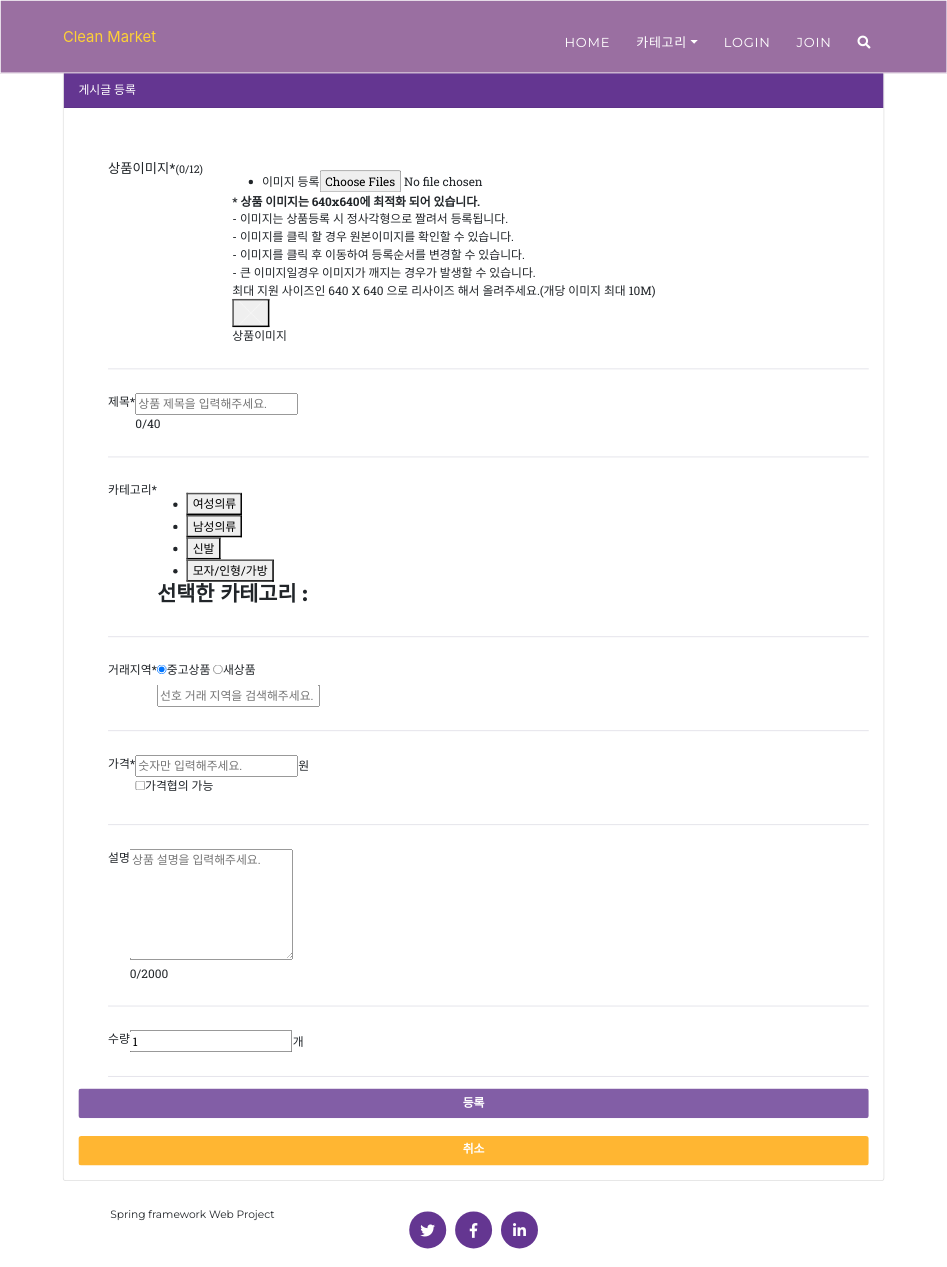
Repository: mim-mim-ji/Cleanmarket_web
Page: http://localhost/CleanMarket/WEB-INF/views/item/write.jsp
These files come from the project's save history. The page is drawn as it stood at one moment and after the next save; the edit follows.
The browser window is 1280 px wide. The pictures show the whole page, at 74% of full size.
Some web fonts or font styles are not loaded; a fallback is used. The page is served by Tomcat 9. Nobody is signed in. Other server files are loaded and not shown. The template is opened directly, without the code that normally fills it, so the values that code supplies are empty.

Above is the page before, as saved 2021-03-21 02:12:10.

### CleanMarket/src/main/webapp/WEB-INF/views/item/write.jsp
<%@ page language="java" contentType="text/html; charset=UTF-8"
	pageEncoding="UTF-8"%>
<%@ taglib prefix="c" uri="http://java.sun.com/jsp/jstl/core"%>
<%@ taglib prefix="fmt" uri="http://java.sun.com/jsp/jstl/fmt"%>
<jsp:include page="../include/header.jsp" />

<style>
header.masthead {
	display: none;
}

ul {
    display: block;
    list-style-type: disc;
    margin-block-start: 1em;
    margin-block-end: 1em;
    margin-inline-start: 0px;
    margin-inline-end: 0px;
    padding-inline-start: 40px;
}

.bphXry {
	width: 100%;
	display: flex;
	padding: 2rem 0px;
	border-bottom: 1px solid rgb(220, 219, 228);
}

.bBKMEo {
    width: 10.5rem;
    font-size: 18px;
}

</style>
<br>
<br>

<div class="container">
	<div class="row">
		<div class="col-lg-12">
			<div class="card">
				<div class="card-header text-white"
					style="background-color: #643691;">게시글 등록</div>
				<div class="card-body">

					<form role="form" method="post">
						<ul class="sc-kqEXUp jMkGB">
							<li class="sc-gxbSSY bphXry">
								<div class="sc-bXopBW bBKMEo">
									상품이미지<span>*</span><small>(0/12)</small>
								</div>
								<div class="sc-hhaNoI buTCOV">
									<ul class="sc-gKLXLV KuQhq">
										<li class="sc-bvCTgw erFeQZ">이미지 등록<input type="file"
											accept="image/jpg, image/jpeg, image/png" multiple=""></li>

									</ul>
									<div class="sc-fjdPjP iozzGC">
										<b>* 상품 이미지는 640x640에 최적화 되어 있습니다.</b><br>- 이미지는 상품등록 시
										정사각형으로 짤려서 등록됩니다.<br>- 이미지를 클릭 할 경우 원본이미지를 확인할 수 있습니다.<br>-
										이미지를 클릭 후 이동하여 등록순서를 변경할 수 있습니다.<br>- 큰 이미지일경우 이미지가 깨지는
										경우가 발생할 수 있습니다.<br>최대 지원 사이즈인 640 X 640 으로 리사이즈 해서
										올려주세요.(개당 이미지 최대 10M)
									</div>
									<div class="sc-cIShpX RfNBn">
										<div class="sc-kAKrxA YsblG">
											<button type="button" class="sc-lhLRcH fHQqnG">
												<img
													src="data:[embedded picture, 982 characters]"
													width="34" height="32" alt="닫기 버튼 아이콘">
											</button>
											<div class="sc-jMtzgO hudRNW">
												<div class="sc-ccvjgv bGmXLy">상품이미지</div>
												<div class="sc-ccbnFN fgfXKY"></div>
												<div class="sc-hSmEHG iwDjAi"></div>
											</div>
										</div>
									</div>
								</div>
							</li>
							<li class="sc-gxbSSY bphXry"><div class="sc-bXopBW gxnpCB">
									제목<span>*</span>
								</div>
								<div class="sc-hhaNoI buTCOV">
									<div class="sc-hokXgN hcrSpf">
										<div class="sc-gneEKw dBgbVT">
											<input type="text" placeholder="상품 제목을 입력해주세요."
												class="sc-fxmata iPXQwc" value="">
										</div>
										<div class="sc-boCWhm hBajsm">0/40</div>
									</div>
								</div></li>
							<li class="sc-gxbSSY bphXry"><div class="sc-bXopBW DTAYM">
									카테고리<span>*</span>
								</div>
								<div class="sc-hhaNoI buTCOV">
									<div class="sc-hXhGGG XXBMH">
										<div class="sc-hTQSVH fXYJYf">
											<ul class="sc-dWcDbm hRPYLZ">
												<li class="sc-esExBO bmEHfy"><button type="button"
														class="sc-ctwKVn dPmldx">여성의류</button></li>
												<li class="sc-esExBO bmEHfy"><button type="button"
														class="sc-ctwKVn dPmldx">남성의류</button></li>
												<li class="sc-esExBO bmEHfy"><button type="button"
														class="sc-ctwKVn dPmldx">신발</button></li>
												<li class="sc-esExBO bmEHfy"><button type="button"
														class="sc-ctwKVn dPmldx">모자/인형/가방</button></li>
											</ul>
										</div>
									</div>
									<h3 class="sc-csZoYU ljyWET">
										선택한 카테고리 : <b></b>
									</h3>
								</div></li>
							<li class="sc-gxbSSY bphXry"><div class="sc-bXopBW gxnpCB">
									거래지역<span>*</span>
								</div>
								<div class="sc-hhaNoI buTCOV">
									<div class="sc-cIsjWt etcNyM">
										<label for="중고상품" class="sc-feWbDf hVYgzF">
										<input id="중고상품" type="radio" value="0" checked="">중고상품</label>
										<label for="새상품" class="sc-feWbDf jDKzRB">
										<input id="새상품" type="radio" value="0">새상품</label>
									</div>
									<input readonly="" placeholder="선호 거래 지역을 검색해주세요."
										class="sc-OnmeF jNsyep" value="${login.memFiradd }">
								</div></li>


							<li class="sc-gxbSSY bphXry"><div class="sc-bXopBW gxnpCB">
									가격<span>*</span>
								</div>
								<div class="sc-hhaNoI buTCOV">
									<div class="sc-fxMfqs hGKuJO">
										<input type="text" placeholder="숫자만 입력해주세요."
											class="sc-rzOft lfkNaQ" value="">원
									</div>
									<div class="sc-eIvgmF fxEngV">
										<div class="sc-jklikK htQzEY">
											<label for="contactHope" class="sc-bkypNX gHNpNK"><input
												id="contactHope" type="checkbox">가격협의 가능</label>
										</div>
									</div>
								</div></li>
							<li class="sc-gxbSSY bphXry"><div class="sc-bXopBW edUXQu">설명</div>
								<div class="sc-hhaNoI buTCOV">
									<textarea placeholder="상품 설명을 입력해주세요." rows="6"
										class="sc-izfUZz eEjZnV"></textarea>
									<div class="sc-eqGige gTqRab">
										<div class="sc-kUQWMX giYAKW">0/2000</div>
									</div>
								</div></li>

							<li class="sc-gxbSSY bphXry"><div class="sc-bXopBW drMtcr">수량</div>
								<div class="sc-hhaNoI buTCOV">
									<div class="sc-bCQtTp iMJgK">
										<input type="text" class="sc-dcmekm efHtaL" value="1">개
									</div>
								</div></li>
						</ul>
						<input type="submit" value="등록" class="btn form-control"
							style="background-color: #643691; margin-top: 0; height: 40px; color: white; border: 0px solid #f78f24; opacity: 0.8">
						&nbsp;&nbsp; <a class="btn form-control"
							href="<c:url value='/board/list'/>"
							style="cursor: pointer; margin-top: 0; height: 40px; color: white; background-color: orange; border: 0px solid #388E3C; opacity: 0.8">취소</a>
					</form>
				</div>
			</div>
		</div>
	</div>
</div>
<jsp:include page="../include/footer.jsp" />

### CleanMarket/src/main/webapp/WEB-INF/views/include/header.jsp
<%@ page language="java" contentType="text/html; charset=UTF-8"
	pageEncoding="UTF-8"%>
<%@ taglib prefix="c" uri="http://java.sun.com/jsp/jstl/core"%>
<!DOCTYPE html>
<html lang="ko">
<head>

<meta charset="UTF-8">
<meta content="width=device-width, initial-scale=1.0" name="viewport">
<meta content="" name="description">
<meta content="" name="keywords">

<title>CleanMarket</title>


<!-- Bootstrap core CSS -->
  <link rel="stylesheet" href="<c:url value='/vendor/bootstrap/css/bootstrap.min.css'/>">

  <!-- Custom fonts for this template -->
  <link rel="stylesheet" type="text/css" href="<c:url value='/vendor/fontawesome-free/css/all.min.css'/>" >
  <link href="https://fonts.googleapis.com/css?family=Montserrat:400,700" rel="stylesheet" type="text/css">
  <link href='https://fonts.googleapis.com/css?family=Kaushan+Script' rel='stylesheet' type='text/css'>
  <link href='https://fonts.googleapis.com/css?family=Droid+Serif:400,700,400italic,700italic' rel='stylesheet' type='text/css'>
  <link href='https://fonts.googleapis.com/css?family=Roboto+Slab:400,100,300,700' rel='stylesheet' type='text/css'>

  <!-- Custom styles for this template -->
  <link rel="stylesheet" href="<c:url value='/css/agency.min.css'/>" >

  <!-- Bootstrap core JavaScript -->
  <script src="<c:url value='/vendor/jquery/jquery.min.js'/>"></script>
  <script src="<c:url value='/vendor/bootstrap/js/bootstrap.bundle.min.js'/>"></script>


  <!-- Plugin JavaScript -->
  <script src="<c:url value='/vendor/jquery-easing/jquery.easing.min.js'/>"></script>
  <script type="text/javascript" src="https://cdn.jsdelivr.net/jquery.validation/1.16.0/jquery.validate.min.js"></script>

  <!-- Contact form JavaScript -->
  <script src="<c:url value='/js/jqBootstrapValidation.js'/>"></script>

</head>

<body id="page-top">


	<!-- Navigation -->
  <nav class="navbar navbar-expand-lg navbar-light fixed-top" id="mainNav">
    <div class="container">
      <a class="navbar-brand" href="/cleanmarket">
      	Clean Market
      </a>
      <button class="navbar-toggler navbar-toggler-right" type="button" data-toggle="collapse" data-target="#navbarResponsive">
        메뉴
        <i class="fas fa-bars"></i>
      </button>

      <div class="collapse navbar-collapse" id="navbarResponsive">
        <ul class="navbar-nav text-uppercase ml-auto">
          <li class="nav-item">
            <a class="nav-link js-scroll-trigger" href="/cleanmarket">HOME</a>
          </li>

          <li class="nav-item dropdown">
            <a class="nav-link js-scroll-trigger dropdown-toggle"  data-toggle="dropdown">카테고리</a>
            <div class="dropdown-menu" id="category-select">
		        <input type="button"  name="category" value="여성의류" class="dropdown-item dropdown-toggle" data-toggle="dropdown">

		        <input type="button"  name="category" value="남성의류" class="dropdown-item dropdown-toggle" data-toggle="dropdown">

		        <input type="button"  name="category" value="신발" class="dropdown-item dropdown-toggle" data-toggle="dropdown">

		        <input type="button"  name="category" value="모자/인형/가방" class="dropdown-item dropdown-toggle" data-toggle="dropdown">

		    </div>
          </li>
          <c:if test="${login == null}" >
          	<li class="nav-item">
            	<a class="nav-link js-scroll-trigger" href="<c:url value='/login' />">LOGIN</a>
         	</li>
          </c:if>
          <c:if test="${login == null}" >
          	<li class="nav-item">
            	<a class="nav-link js-scroll-trigger" href="<c:url value='/join_type_select' />">JOIN</a>
          	</li>
          </c:if>
          <c:if test="${login != null}" >
	          <li class="nav-item">
	            <a class="nav-link js-scroll-trigger" href="<c:url value='/mypage'/>">MYPAGE</a>
	          </li>
	          <li class="nav-item">
	            <a class="nav-link js-scroll-trigger" href="/cleanmarket/logout" onclick="return confirm('로그아웃 하시겠습니까?')">LOGOUT</a>
	          </li>
	          <li class="nav-item">
	            <a class="nav-link js-scroll-trigger" href="#">NOTICE</a>
	          </li>
	          <li class="nav-item">
          </c:if>
          <li class="nav-item">
            <a class="nav-link js-scroll-trigger" data-toggle="modal" data-target="#search"><i class="fas fa-search"></i></a>
          </li>

        </ul>
      </div>
    </div>
  </nav><br><br>

  <script>
  		$(function() {

  			//카테고리 버튼 눌렀을 때 처리
  			$("#category-select .dropdown-toggle").click(function() {
  				let category = $(this).val();
  				location.href="/cleanmarket/item/category?category=" + category;
  			});
		})

  </script>

  <%@ include file="../include/search_modal.jsp" %>

### CleanMarket/src/main/webapp/WEB-INF/views/include/search_modal.jsp
<%@ page language="java" contentType="text/html; charset=UTF-8"
	pageEncoding="UTF-8"%>
<%@ taglib prefix="c" uri="http://java.sun.com/jsp/jstl/core"%>
<%@ taglib prefix="fmt" uri="http://java.sun.com/jsp/jstl/fmt"%>

<!-- 검색 Modal-->
<div class="modal fade" id="search">
	<div class="modal-dialog">
		<div class="modal-content" >
			<form action="<c:url value='/search' />">
				<input type="text" name="keyword" placeholder="검색어를 입력하세요"
				style="width: 90%; padding-left: 10px; height: 50px"> &nbsp;
				<button type="submit" style="background: transparent; border: none">
					<i class="fas fa-search" id="search-btn" style="height: 30px; color: green; "></i>
				</button>
			</form>
		</div>
	</div>
</div>

### CleanMarket/src/main/webapp/WEB-INF/views/include/footer.jsp
<%@ page language="java" contentType="text/html; charset=UTF-8"
	pageEncoding="UTF-8"%>
<!-- Footer -->
  <footer>
    <div class="container">
      <div class="row">
        <div class="col-md-4">
          <span class="copyright">Spring framework Web Project</span>
        </div>
        <div class="col-md-4">
          <ul class="list-inline social-buttons">
            <li class="list-inline-item">
              <a href="#" style="background-color: #643691;">
                <i class="fab fa-twitter"></i>
              </a>
            </li>
            <li class="list-inline-item">
              <a href="#" style="background-color: #643691;">
                <i class="fab fa-facebook-f"></i>
              </a>
            </li>
            <li class="list-inline-item">
              <a href="#" style="background-color: #643691;">
                <i class="fab fa-linkedin-in"></i>
              </a>
            </li>
          </ul>
        </div>
      </div>
    </div>
  </footer>

<a href="#" class="back-to-top"><i class="icofont-simple-up"></i></a>

</body>
</html>

Loaded but not shown: CleanMarket/src/main/webapp/resources/css/agency.min.css (library); CleanMarket/src/main/webapp/resources/js/jqBootstrapValidation.js (937 lines, source omitted)

After the next save:
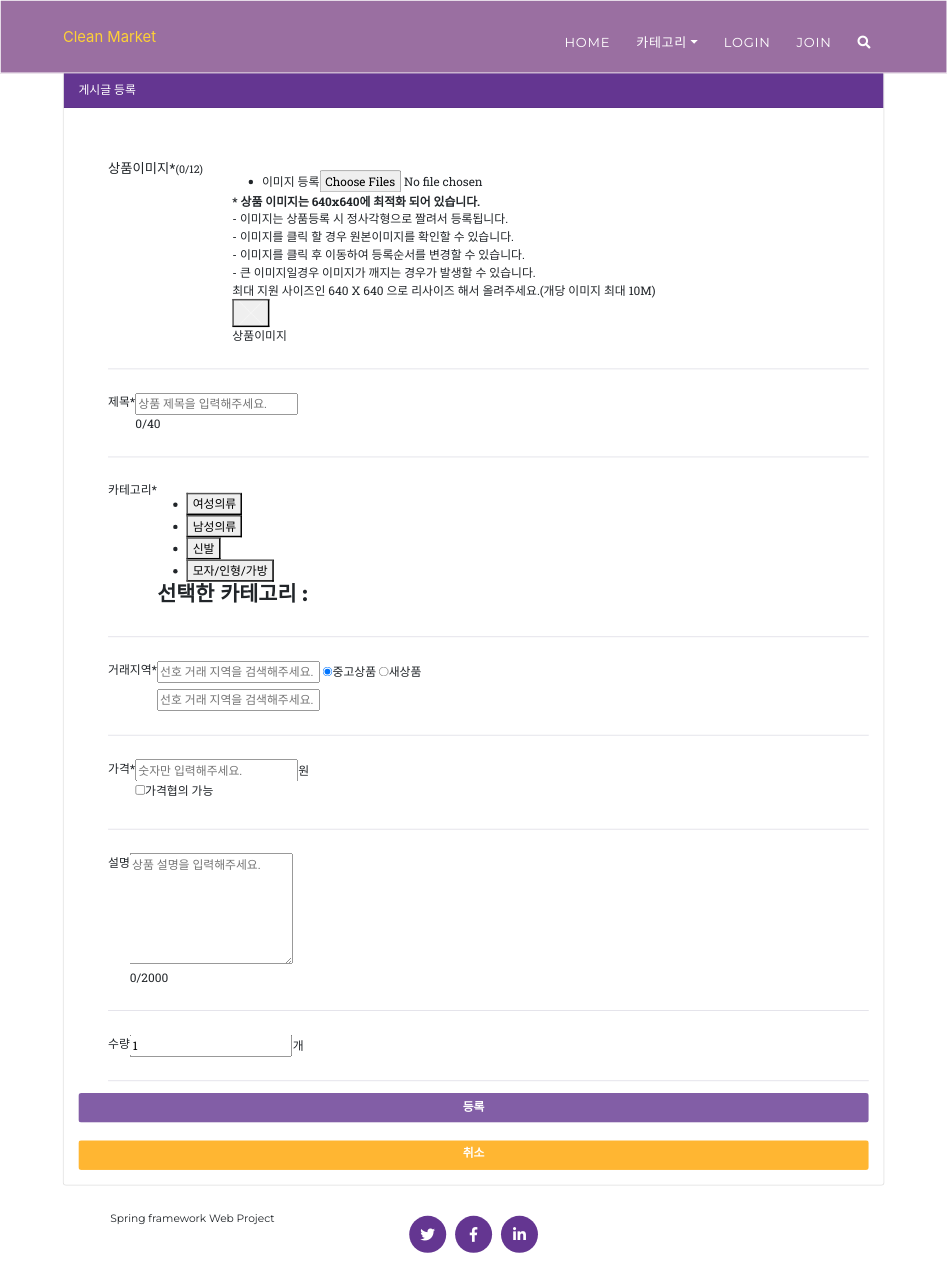
Saved 28 s later.
--- a/CleanMarket/src/main/webapp/WEB-INF/views/item/write.jsp
+++ b/CleanMarket/src/main/webapp/WEB-INF/views/item/write.jsp
@@ -118,6 +118,8 @@ ul {
 								<div class="sc-hhaNoI buTCOV">
 									<div class="sc-cIsjWt etcNyM">
 										<label for="중고상품" class="sc-feWbDf hVYgzF">
+										<input readonly="" placeholder="선호 거래 지역을 검색해주세요."
+										class="sc-OnmeF jNsyep" value="${login.memFiradd }">
 										<input id="중고상품" type="radio" value="0" checked="">중고상품</label>
 										<label for="새상품" class="sc-feWbDf jDKzRB">
 										<input id="새상품" type="radio" value="0">새상품</label>
